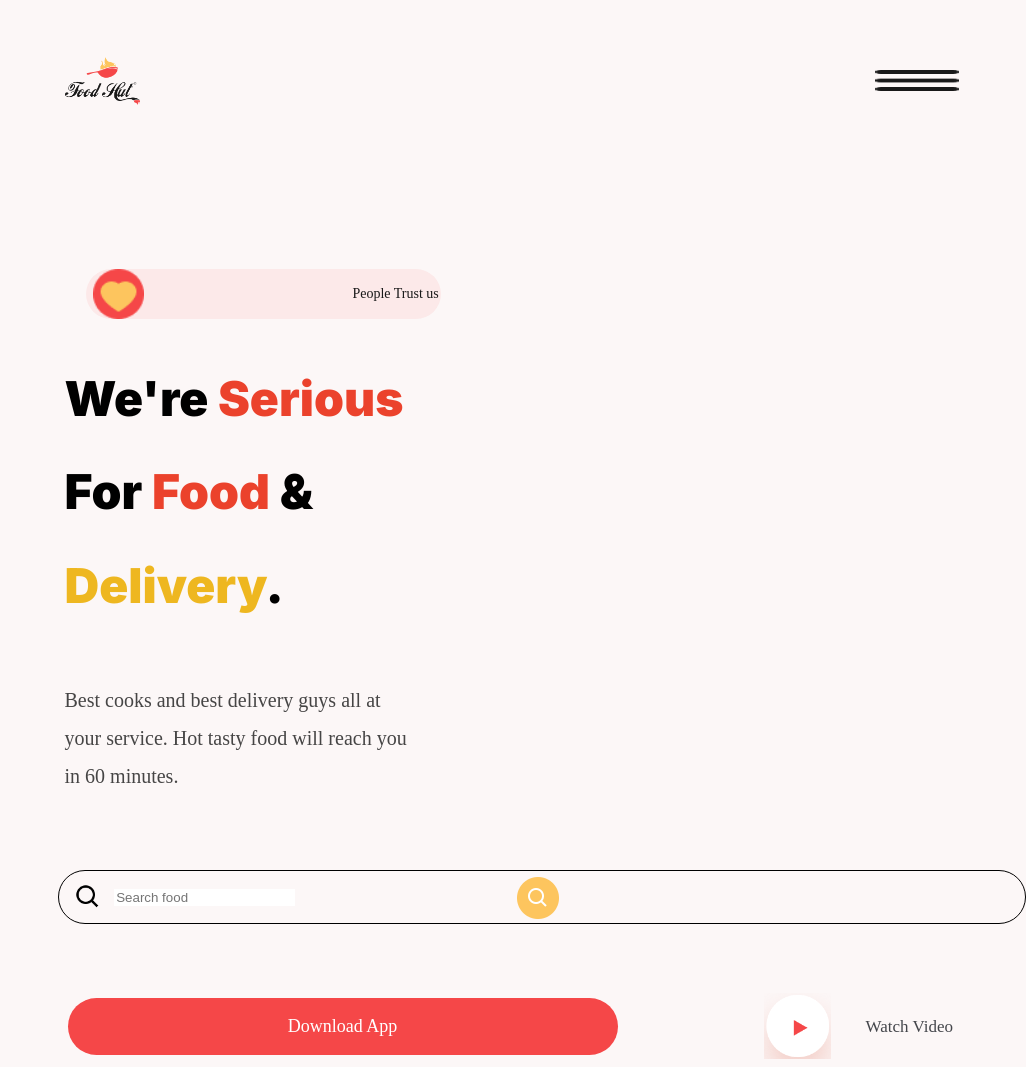
Repository: ReyhanehRahmani/Food-Hut
Page: FoodHut.html
These files come from the project's save history. The page is drawn as it stood at one moment and after the next save; the edit follows.
The browser window is 1024 px wide. The page is 1026 px wide, so the pictures cover 1026 px, including what lies to the right of the window. The pictures show the whole page.
Some web fonts or font styles are not loaded; a fallback is used.

Above is the page before, as saved 2025-05-29 00:16:39.

After the next save:
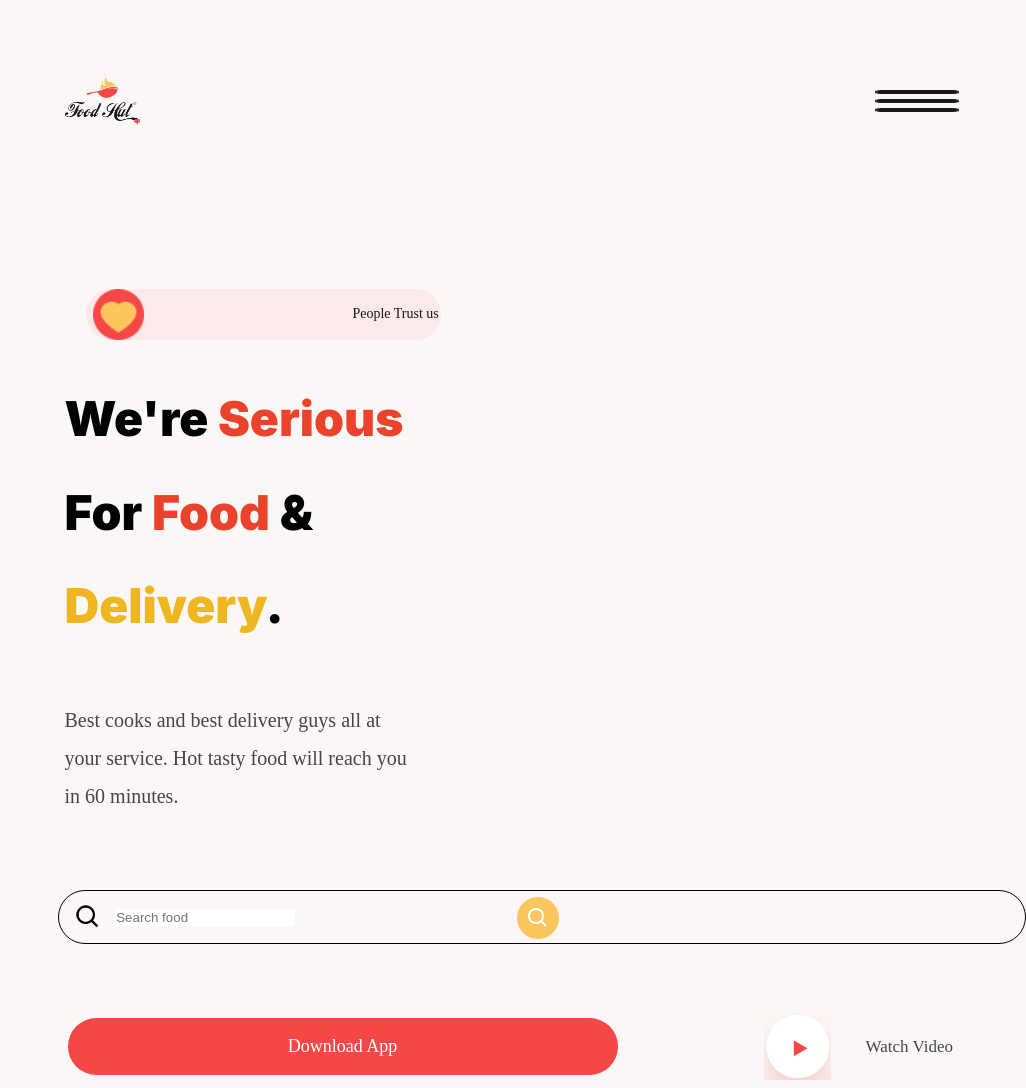
Saved 4 s later.
--- a/FoodHut.css
+++ b/FoodHut.css
@@ -17,7 +17,7 @@ body {
     justify-content: space-between;
     height: 6.739130435vh;
     align-items: center;
-    margin-top: 5.608695652%;
+    margin-top: 7.608695652%;
 }
 
 
